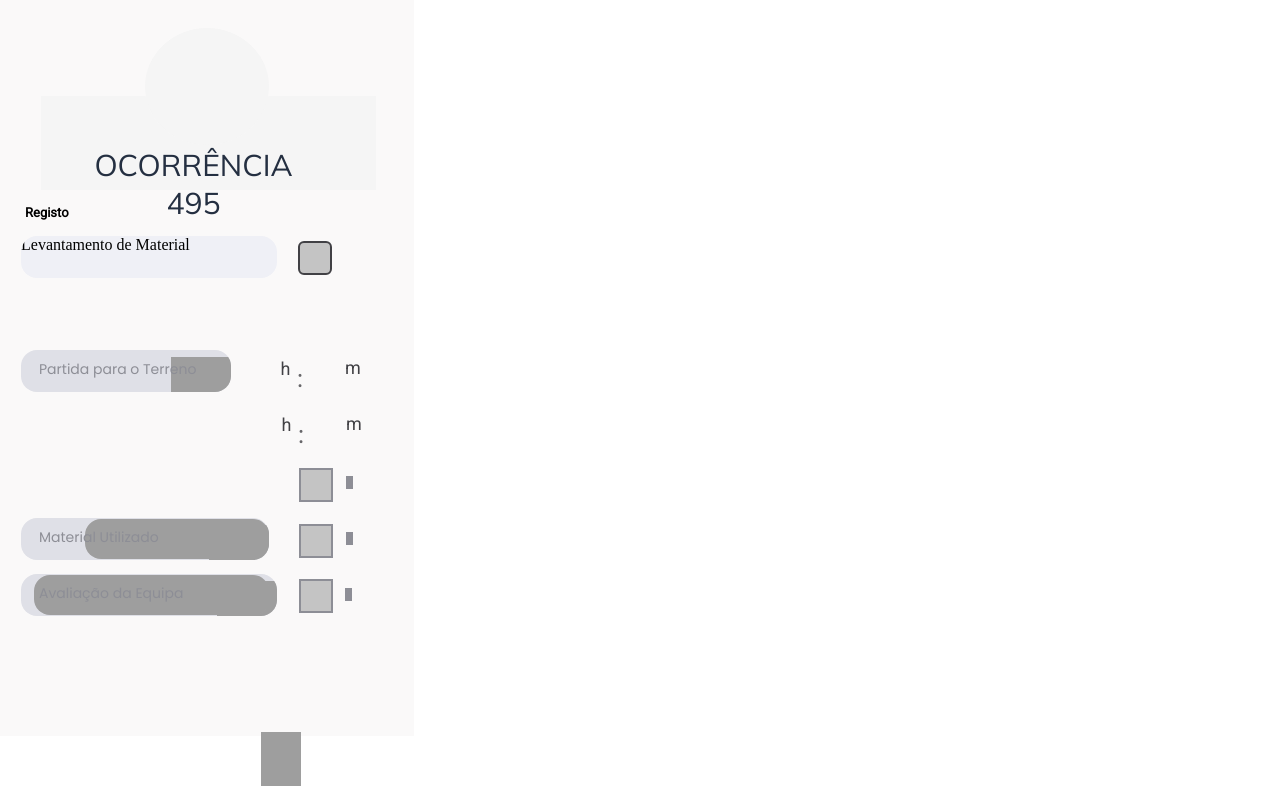
Repository: UnivMinho/D12_frontend
Page: Responsável no Terreno/Front-Office/RegistoDadosOcorrencia.html
The author's editor kept a record of every edit. The page is drawn from the files as they stood at one moment, then again after the next edit.
The browser window is 1280 px wide. The pictures show the whole page.
Pictures or frames that could not be fetched are drawn as grey boxes. Some web libraries are served in a nearby version.

Above is the page before.

### Responsável no Terreno/Front-Office/RegistoDadosOcorrencia.html
<!DOCTYPE html>
<html>

<head>
    <meta charset="utf-8">
    <meta name="viewport" content="width=device-width, initial-scale=1, maximum-scale=1, user-scalable=no">
    <link href="https://fonts.googleapis.com/css?family=Roboto&display=swap" rel="stylesheet" />
    <link href="https://fonts.googleapis.com/css?family=Mulish&display=swap" rel="stylesheet" />
    <link href="https://fonts.googleapis.com/css?family=Poppins&display=swap" rel="stylesheet" />
    <link href="./RegistoDadosOcorrencia.css" rel="stylesheet" />
    <link rel="stylesheet" href="https://pro.fontawesome.com/releases/v5.10.0/css/all.css" integrity="sha384-AYmEC3Yw5cVb3ZcuHtOA93w35dYTsvhLPVnYs9eStHfGJvOvKxVfELGroGkvsg+p" crossorigin="anonymous"/>
    <title>RegistoDadosOcorrencia</title>

</head>

<body>
    <div class="screen">
        <div class="retangulo"></div>
        <div class="circulo"></div>
        <div class="iconArquivos"></div>
    </div>
      <b> <span class="textoRegisto">Registo</span> </b>


    <span class="textoOcorrencia">OCORRÊNCIA 495</span>
        <div class="boxLevantamentoMaterial">
        <span class="textoLevantamentoMaterial">Levantamento de Material</span></div>

        <div class="boxPresencas">
            <span class="textoPresencas">Presença de Operacionais</span></div>

        <div class="boxChegada">
        <span class="textoChegada">Chegada ao Local</span></div>

        <div class="boxDadosComplementares">
           <span class="textoDadosComplementares">Dados Complementares</span></div>
        <div class="v165_3006">
            <div class="v165_3007">
                <div class="v165_3008">
                    <div class="v165_3009"></div>
                    <div class="v165_3010"></div>
                </div>
            </div>
            <div class="v165_3011"></div><span class="v165_3012">Avaliação da Equipa</span></div>
        <div class="v67_9">
            <div class="v67_10">
                <div class="v67_11">
                    <div class="v67_12"></div>
                    <div class="v67_13"></div>
                </div>
            </div><span class="v67_15">Partida para o Terreno</span></div>
        <div class="v62_41"></div>
        <div class="name"></div>
        <div class="name"></div>
        <div class="name"></div>
        <div class="v73_2"></div>
        <div class="v73_3"></div>
        <div class="v74_7"></div>
        <div class="v74_8"></div>
        <div class="v165_3013"></div>
        <div class="v165_3014"></div>
        <div class="v67_2">
            <div class="v67_3">
                <div class="v67_4">
                    <div class="v67_5"></div>
                    <div class="v67_6"></div>
                </div>
            </div>
            <div class="v67_7"></div><span class="v67_8">Material Utilizado</span></div>
        <div class="name"></div>
        <div class="name"></div>
        <div class="name"></div><span class="v121_185">:</span><span class="v121_186">h</span><span class="v121_187">m</span>
        <div class="name"></div>
        <div class="name"></div><span class="v121_192">:</span><span class="v121_193">h</span><span class="v121_194">m</span>
        <div class="v165_2883"></div>
    </div>
</body>

</html>

### Responsável no Terreno/Front-Office/RegistoDadosOcorrencia.css
* {
  overflow-x: hidden;
  padding: 0px !important;
  margin: 0px !important;
}

.screen {
    width: 414px;
    height: 736px;
    background: rgba(250, 249, 249, 1);
    opacity: 1;
    position: absolute;
    top: 0px;
    left: 0px;
    overflow: hidden;
}

.retangulo {
    width: 335px;
    height: 94px;
    background: rgba(245, 245, 245, 1);
    opacity: 1;
    position: absolute;
    top: 13%;
    left: 10%;
    overflow: hidden;
}

.circulo {
    width: 124px;
    height: 117px;
    background: rgba(245, 245, 245, 1);
    opacity: 1;
    position: absolute;
    top: 28px;
    left: 35%;
    border-radius: 50%;
}

.textoRegisto {
  width: 57px;
  color: rgba(0,0,0,1);
  position: absolute;
  top: 205px;
  left: 25px;
  font-family: Roboto;
  font-weight: Black;
  font-size: 13px;
  opacity: 1;
  text-align: left;
}

.v53_518 {
  width: 124px;
  height: 117px;
  background: rgba(245,245,245,1);
  opacity: 1;
  position: absolute;
  top: 32px;
  left: 131px;
  border-radius: 50%;
}

.v53_511 {
  width: 335px;
  height: 94px;
  background: rgba(245,245,245,1);
  opacity: 1;
  position: absolute;
  top: 96px;
  left: 20px;
  overflow: hidden;
}


.textoOcorrencia {
  width: 255px;
  color: rgba(36,47,65,1);
  position: absolute;
  top: 146px;
  left: 66px;
  font-family: Mulish;
  font-weight: Regular;
  font-size: 30px;
  opacity: 1;
  text-align: center;
}


.boxLevantamentoMaterial {
  width: 256px;
  height: 42px;
  background: rgba(239,240,246,1);
  opacity: 1;
  position: absolute;
  top: 236px;
  left: 21px;
  border-top-left-radius: 16px;
  border-top-right-radius: 16px;
  border-bottom-left-radius: 16px;
  border-bottom-right-radius: 16px;
  overflow: hidden;
}



.v62_30 {
  width: 184px;
  height: 40px;
  background: url("../images/v62_30.png");
  background-repeat: no-repeat;
  background-position: center center;
  background-size: cover;
  padding: 6px 0px;
  opacity: 1;
  position: absolute;
  top: 1px;
  left: 64px;
  border-top-left-radius: 16px;
  border-top-right-radius: 16px;
  border-bottom-left-radius: 16px;
  border-bottom-right-radius: 16px;
  overflow: hidden;
}

.v62_32 {
  width: 204px;
  color: rgba(65,65,69,1);
  position: absolute;
  top: 9px;
  left: 18px;
  font-family: Poppins;
  font-weight: Medium;
  font-size: 14px;
  opacity: 1;
  text-align: left;
}

.v64_382 {
  width: 256px;
  height: 42px;
  background: rgba(239,240,246,1);
  opacity: 1;
  position: absolute;
  top: 293px;
  left: 21px;
  border-top-left-radius: 16px;
  border-top-right-radius: 16px;
  border-bottom-left-radius: 16px;
  border-bottom-right-radius: 16px;
  overflow: hidden;
}

.v64_383 {
  width: 60px;
  height: 56px;
  background: url("../images/v64_383.png");
  background-repeat: no-repeat;
  background-position: center center;
  background-size: cover;
  padding: 22px 24px;
  margin: 10px;
  opacity: 1;
  position: absolute;
  top: 7px;
  left: 196px;
  overflow: hidden;
}

.v64_384 {
  width: 12px;
  height: 12px;
  background: rgba(255,255,255,1);
  opacity: 1;
  position: absolute;
  top: 33px;
  left: 93px;
  overflow: hidden;
}

.v64_385 {
  height: 16px;
  background: url("../images/v64_385.png");
  opacity: 1;
  position: absolute;
  top: 0px;
  left: 0px;
  border: 2px solid rgba(160,163,189,1);
  transform: rotate(-45deg);
}

.v64_386 {
  height: 16px;
  background: url("../images/v64_386.png");
  opacity: 1;
  position: absolute;
  top: 12px;
  left: 0px;
  border: 2px solid rgba(160,163,189,1);
  transform: rotate(-135deg);
}

.v64_387 {
  width: 184px;
  height: 40px;
  background: url("../images/v64_387.png");
  background-repeat: no-repeat;
  background-position: center center;
  background-size: cover;
  padding: 6px 0px;
  opacity: 1;
  position: absolute;
  top: 1px;
  left: 64px;
  border-top-left-radius: 16px;
  border-top-right-radius: 16px;
  border-bottom-left-radius: 16px;
  border-bottom-right-radius: 16px;
  overflow: hidden;
}

.v64_388 {
  width: 203px;
  color: rgba(65,65,69,1);
  position: absolute;
  top: 9px;
  left: 18px;
  font-family: Poppins;
  font-weight: Medium;
  font-size: 14px;
  opacity: 1;
  text-align: left;
}

.v69_382 {
  width: 210px;
  height: 42px;
  background: rgba(223,224,231,1);
  opacity: 1;
  position: absolute;
  top: 406px;
  left: 21px;
  border-top-left-radius: 16px;
  border-top-right-radius: 16px;
  border-bottom-left-radius: 16px;
  border-bottom-right-radius: 16px;
  overflow: hidden;
}

.v69_383 {
  width: 60px;
  height: 56px;
  background: url("../images/v69_383.png");
  background-repeat: no-repeat;
  background-position: center center;
  background-size: cover;
  padding: 22px 24px;
  margin: 10px;
  opacity: 1;
  position: absolute;
  top: 7px;
  left: 150px;
  overflow: hidden;
}

.v69_384 {
  width: 12px;
  height: 12px;
  background: rgba(255,255,255,1);
  opacity: 1;
  position: absolute;
  top: 33px;
  left: 139px;
  overflow: hidden;
}

.v69_385 {
  height: 16px;
  background: url("../images/v69_385.png");
  opacity: 1;
  position: absolute;
  top: 0px;
  left: 0px;
  border: 2px solid rgba(160,163,189,1);
  transform: rotate(-45deg);
}

.v69_386 {
  height: 16px;
  background: url("../images/v69_386.png");
  opacity: 1;
  position: absolute;
  top: 12px;
  left: 0px;
  border: 2px solid rgba(160,163,189,1);
  transform: rotate(-135deg);
}

.v69_387 {
  width: 184px;
  height: 40px;
  background: url("../images/v69_387.png");
  background-repeat: no-repeat;
  background-position: center center;
  background-size: cover;
  padding: 6px 0px;
  opacity: 1;
  position: absolute;
  top: 1px;
  left: 64px;
  border-top-left-radius: 16px;
  border-top-right-radius: 16px;
  border-bottom-left-radius: 16px;
  border-bottom-right-radius: 16px;
  overflow: hidden;
}

.v69_388 {
  width: 141px;
  color: rgba(141,142,150,1);
  position: absolute;
  top: 9px;
  left: 18px;
  font-family: Poppins;
  font-weight: Medium;
  font-size: 14px;
  opacity: 1;
  text-align: left;
}

.v72_1 {
  width: 257px;
  height: 42px;
  background: rgba(223,224,231,1);
  opacity: 1;
  position: absolute;
  top: 462px;
  left: 20px;
  border-top-left-radius: 16px;
  border-top-right-radius: 16px;
  border-bottom-left-radius: 16px;
  border-bottom-right-radius: 16px;
  overflow: hidden;
}

.v72_2 {
  width: 60px;
  height: 56px;
  background: url("../images/v72_2.png");
  background-repeat: no-repeat;
  background-position: center center;
  background-size: cover;
  padding: 22px 24px;
  margin: 10px;
  opacity: 1;
  position: absolute;
  top: 7px;
  left: 197px;
  overflow: hidden;
}

.v72_3 {
  width: 12px;
  height: 12px;
  background: rgba(255,255,255,1);
  opacity: 1;
  position: absolute;
  top: 33px;
  left: 92px;
  overflow: hidden;
}

.v72_4 {
  height: 16px;
  background: url("../images/v72_4.png");
  opacity: 1;
  position: absolute;
  top: 0px;
  left: 0px;
  border: 2px solid rgba(160,163,189,1);
  transform: rotate(-45deg);
}

.v72_5 {
  height: 16px;
  background: url("../images/v72_5.png");
  opacity: 1;
  position: absolute;
  top: 12px;
  left: 0px;
  border: 2px solid rgba(160,163,189,1);
  transform: rotate(-135deg);
}

.v72_6 {
  width: 24px;
  height: 36px;
  background: url("../images/v72_6.png");
  background-repeat: no-repeat;
  background-position: center center;
  background-size: cover;
  padding: 6px 0px;
  opacity: 1;
  position: absolute;
  top: 3px;
  left: 64px;
  border-top-left-radius: 16px;
  border-top-right-radius: 16px;
  border-bottom-left-radius: 16px;
  border-bottom-right-radius: 16px;
  overflow: hidden;
}

.v72_7 {
  width: 188px;
  color: rgba(141,142,150,1);
  position: absolute;
  top: 9px;
  left: 18px;
  font-family: Poppins;
  font-weight: Medium;
  font-size: 14px;
  opacity: 1;
  text-align: left;
}

.v165_3006 {
  width: 256px;
  height: 42px;
  background: rgba(223,224,231,1);
  opacity: 1;
  position: absolute;
  top: 574px;
  left: 21px;
  border-top-left-radius: 16px;
  border-top-right-radius: 16px;
  border-bottom-left-radius: 16px;
  border-bottom-right-radius: 16px;
  overflow: hidden;
}

.v165_3007 {
  width: 60px;
  height: 56px;
  background: url("../images/v165_3007.png");
  background-repeat: no-repeat;
  background-position: center center;
  background-size: cover;
  padding: 22px 24px;
  margin: 10px;
  opacity: 1;
  position: absolute;
  top: 7px;
  left: 196px;
  overflow: hidden;
}

.v165_3008 {
  width: 12px;
  height: 12px;
  background: rgba(255,255,255,1);
  opacity: 1;
  position: absolute;
  top: 33px;
  left: 93px;
  overflow: hidden;
}

.v165_3009 {
  height: 16px;
  background: url("../images/v165_3009.png");
  opacity: 1;
  position: absolute;
  top: 0px;
  left: 0px;
  border: 2px solid rgba(160,163,189,1);
  transform: rotate(-45deg);
}

.v165_3010 {
  height: 16px;
  background: url("../images/v165_3010.png");
  opacity: 1;
  position: absolute;
  top: 12px;
  left: 0px;
  border: 2px solid rgba(160,163,189,1);
  transform: rotate(-135deg);
}

.v165_3011 {
  width: 235px;
  height: 40px;
  background: url("../images/v165_3011.png");
  background-repeat: no-repeat;
  background-position: center center;
  background-size: cover;
  padding: 6px 0px;
  opacity: 1;
  position: absolute;
  top: 1px;
  left: 13px;
  border-top-left-radius: 16px;
  border-top-right-radius: 16px;
  border-bottom-left-radius: 16px;
  border-bottom-right-radius: 16px;
  overflow: hidden;
}

.v165_3012 {
  width: 160px;
  color: rgba(141,142,150,1);
  position: absolute;
  top: 9px;
  left: 18px;
  font-family: Poppins;
  font-weight: Medium;
  font-size: 14px;
  opacity: 1;
  text-align: left;
}

.v67_9 {
  width: 210px;
  height: 42px;
  background: rgba(223,224,231,1);
  opacity: 1;
  position: absolute;
  top: 350px;
  left: 21px;
  border-top-left-radius: 16px;
  border-top-right-radius: 16px;
  border-bottom-left-radius: 16px;
  border-bottom-right-radius: 16px;
  overflow: hidden;
}

.v67_10 {
  width: 60px;
  height: 56px;
  background: url("../images/v67_10.png");
  background-repeat: no-repeat;
  background-position: center center;
  background-size: cover;
  padding: 22px 24px;
  margin: 10px;
  opacity: 1;
  position: absolute;
  top: 7px;
  left: 150px;
  overflow: hidden;
}

.v67_11 {
  width: 12px;
  height: 12px;
  background: rgba(255,255,255,1);
  opacity: 1;
  position: absolute;
  top: 33px;
  left: 139px;
  overflow: hidden;
}

.v67_12 {
  height: 16px;
  background: url("../images/v67_12.png");
  opacity: 1;
  position: absolute;
  top: 0px;
  left: 0px;
  border: 2px solid rgba(160,163,189,1);
  transform: rotate(-45deg);
}

.v67_13 {
  height: 16px;
  background: url("../images/v67_13.png");
  opacity: 1;
  position: absolute;
  top: 12px;
  left: 0px;
  border: 2px solid rgba(160,163,189,1);
  transform: rotate(-135deg);
}

.v67_15 {
  width: 175px;
  color: rgba(141,142,150,1);
  position: absolute;
  top: 9px;
  left: 18px;
  font-family: Poppins;
  font-weight: Medium;
  font-size: 14px;
  opacity: 1;
  text-align: left;
}

.v62_41 {
  width: 30px;
  height: 30px;
  background: rgba(196,196,196,1);
  opacity: 1;
  position: absolute;
  top: 241px;
  left: 298px;
  border: 2px solid rgba(65,65,69,1);
  border-top-left-radius: 6px;
  border-top-right-radius: 6px;
  border-bottom-left-radius: 6px;
  border-bottom-right-radius: 6px;
  overflow: hidden;
}

.v73_2 {
  width: 30px;
  height: 30px;
  background: rgba(196,196,196,1);
  opacity: 1;
  position: absolute;
  top: 468px;
  left: 299px;
  border: 2px solid rgba(141,142,150,1);
}

.v73_3 {
  width: 7px;
  height: 13px;
  background: rgba(141,142,150,1);
  opacity: 1;
  position: absolute;
  top: 476px;
  left: 346px;
}

.v74_7 {
  width: 30px;
  height: 30px;
  background: rgba(196,196,196,1);
  opacity: 1;
  position: absolute;
  top: 524px;
  left: 299px;
  border: 2px solid rgba(141,142,150,1);
}

.v74_8 {
  width: 7px;
  height: 13px;
  background: rgba(141,142,150,1);
  opacity: 1;
  position: absolute;
  top: 532px;
  left: 346px;
}

.v165_3013 {
  width: 30px;
  height: 30px;
  background: rgba(196,196,196,1);
  opacity: 1;
  position: absolute;
  top: 579px;
  left: 299px;
  border: 2px solid rgba(141,142,150,1);
}

.v165_3014 {
  width: 7px;
  height: 13px;
  background: rgba(141,142,150,1);
  opacity: 1;
  position: absolute;
  top: 588px;
  left: 345px;
}

.v67_2 {
  width: 248px;
  height: 42px;
  background: rgba(223,224,231,1);
  opacity: 1;
  position: absolute;
  top: 518px;
  left: 21px;
  border-top-left-radius: 16px;
  border-top-right-radius: 16px;
  border-bottom-left-radius: 16px;
  border-bottom-right-radius: 16px;
  overflow: hidden;
}

.v67_3 {
  width: 60px;
  height: 56px;
  background: url("../images/v67_3.png");
  background-repeat: no-repeat;
  background-position: center center;
  background-size: cover;
  padding: 22px 24px;
  margin: 10px;
  opacity: 1;
  position: absolute;
  top: 7px;
  left: 188px;
  overflow: hidden;
}

.v67_4 {
  width: 12px;
  height: 12px;
  background: rgba(255,255,255,1);
  opacity: 1;
  position: absolute;
  top: 33px;
  left: 101px;
  overflow: hidden;
}

.v67_5 {
  height: 16px;
  background: url("../images/v67_5.png");
  opacity: 1;
  position: absolute;
  top: 0px;
  left: 0px;
  border: 2px solid rgba(160,163,189,1);
  transform: rotate(-45deg);
}

.v67_6 {
  height: 16px;
  background: url("../images/v67_6.png");
  opacity: 1;
  position: absolute;
  top: 12px;
  left: 0px;
  border: 2px solid rgba(160,163,189,1);
  transform: rotate(-135deg);
}

.v67_7 {
  width: 184px;
  height: 40px;
  background: url("../images/v67_7.png");
  background-repeat: no-repeat;
  background-position: center center;
  background-size: cover;
  padding: 6px 0px;
  opacity: 1;
  position: absolute;
  top: 1px;
  left: 64px;
  border-top-left-radius: 16px;
  border-top-right-radius: 16px;
  border-bottom-left-radius: 16px;
  border-bottom-right-radius: 16px;
  overflow: hidden;
}

.v67_8 {
  width: 135px;
  color: rgba(141,142,150,1);
  position: absolute;
  top: 9px;
  left: 18px;
  font-family: Poppins;
  font-weight: Medium;
  font-size: 14px;
  opacity: 1;
  text-align: left;
}

.v121_185 {
  width: 10px;
  color: rgba(102,102,105,1);
  position: absolute;
  top: 417px;
  left: 296px;
  font-family: Poppins;
  font-weight: Medium;
  font-size: 24px;
  opacity: 1;
  text-align: center;
}

.v121_186 {
  width: 15px;
  color: rgba(65,65,69,1);
  position: absolute;
  top: 414px;
  left: 279px;
  font-family: Roboto;
  font-weight: Black;
  font-size: 18px;
  opacity: 1;
  text-align: center;
}

.v121_187 {
  width: 20px;
  color: rgba(65,65,69,1);
  position: absolute;
  top: 413px;
  left: 344px;
  font-family: Roboto;
  font-weight: Black;
  font-size: 18px;
  opacity: 1;
  text-align: center;
}

.v121_192 {
  width: 10px;
  color: rgba(102,102,105,1);
  position: absolute;
  top: 361px;
  left: 295px;
  font-family: Poppins;
  font-weight: Medium;
  font-size: 24px;
  opacity: 1;
  text-align: center;
}

.v121_193 {
  width: 15px;
  color: rgba(65,65,69,1);
  position: absolute;
  top: 358px;
  left: 278px;
  font-family: Roboto;
  font-weight: Black;
  font-size: 18px;
  opacity: 1;
  text-align: center;
}

.v121_194 {
  width: 20px;
  color: rgba(65,65,69,1);
  position: absolute;
  top: 357px;
  left: 343px;
  font-family: Roboto;
  font-weight: Black;
  font-size: 18px;
  opacity: 1;
  text-align: center;
}


.v165_2883 {
  width: 40px;
  height: 54px;
  background: url("../images/v165_2883.png");
  opacity: 1;
  position: absolute;
  top: 732px;
  left: 261px;
}

After the next edit:
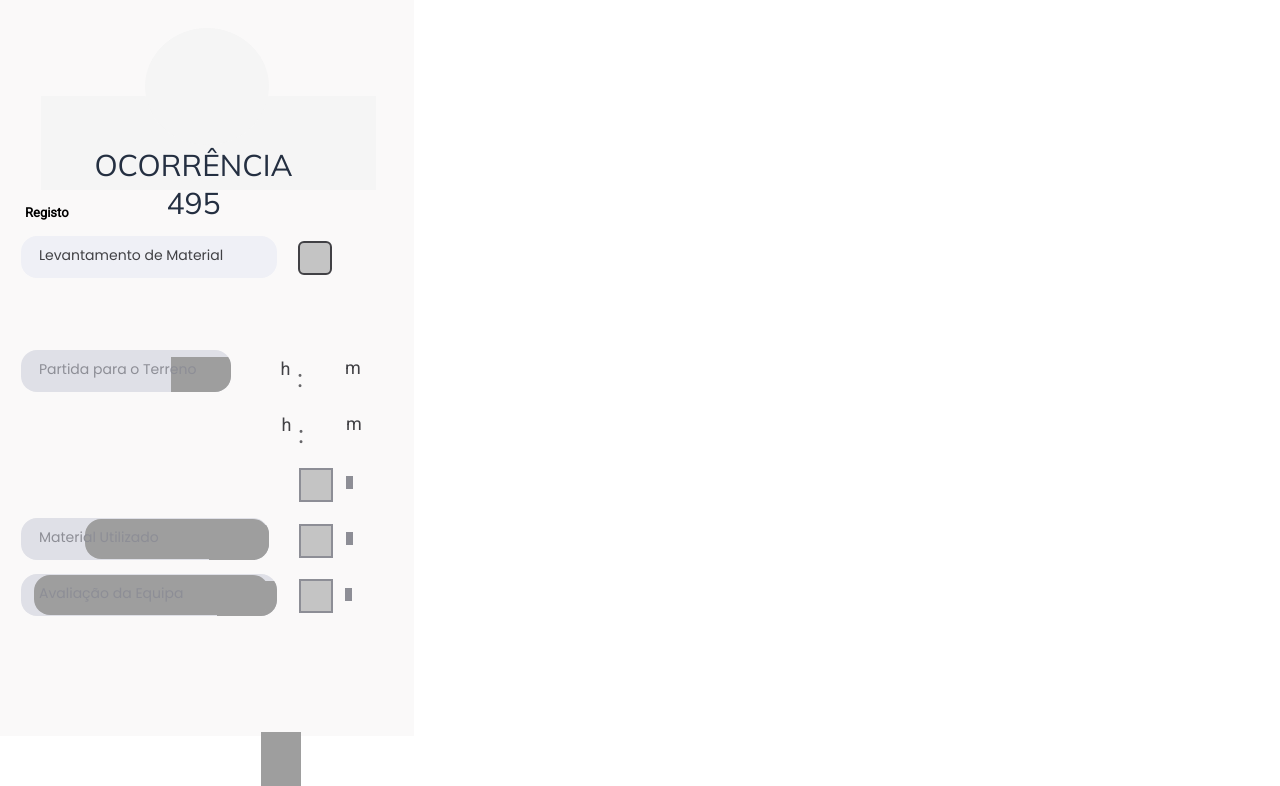
The edit:
--- a/Responsável no Terreno/Front-Office/RegistoDadosOcorrencia.css
+++ b/Responsável no Terreno/Front-Office/RegistoDadosOcorrencia.css
@@ -104,26 +104,7 @@
 
 
 
-.v62_30 {
-  width: 184px;
-  height: 40px;
-  background: url("../images/v62_30.png");
-  background-repeat: no-repeat;
-  background-position: center center;
-  background-size: cover;
-  padding: 6px 0px;
-  opacity: 1;
-  position: absolute;
-  top: 1px;
-  left: 64px;
-  border-top-left-radius: 16px;
-  border-top-right-radius: 16px;
-  border-bottom-left-radius: 16px;
-  border-bottom-right-radius: 16px;
-  overflow: hidden;
-}
-
-.v62_32 {
+.textoLevantamentoMaterial {
   width: 204px;
   color: rgba(65,65,69,1);
   position: absolute;
